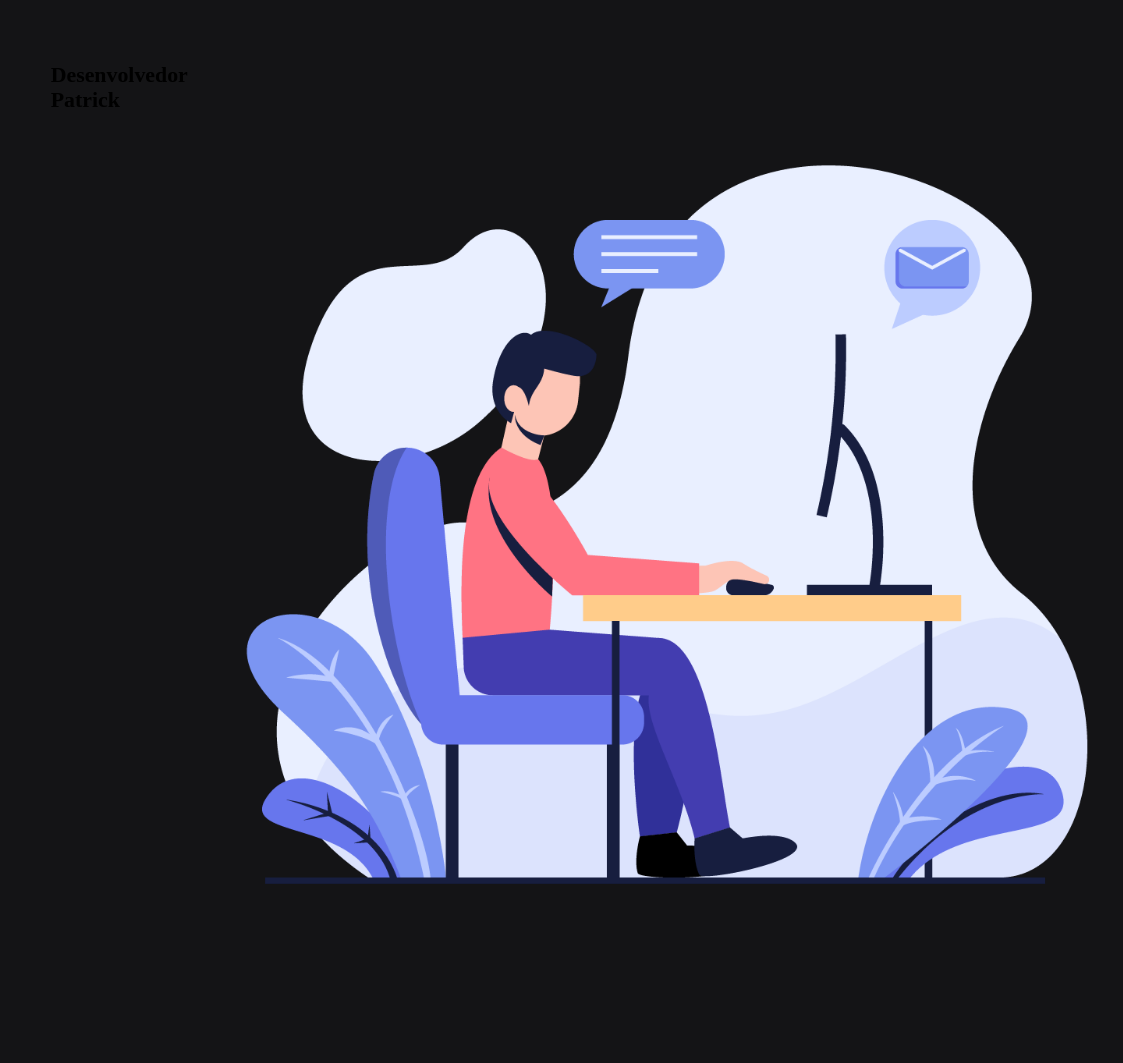
Repository: PatrickAlmeida007/aula1811
Page: index.html
An editor plug-in stored every save of this project. The page is shown before and after the next save, followed by the edit.
The browser window is 1280 px wide. The page is 1440 px wide, so the pictures cover 1440 px, including what lies to the right of the window. The pictures show the whole page, at 78% of full size.

Above is the page before, as saved 2023-11-18 14:50:11.

After the next save:
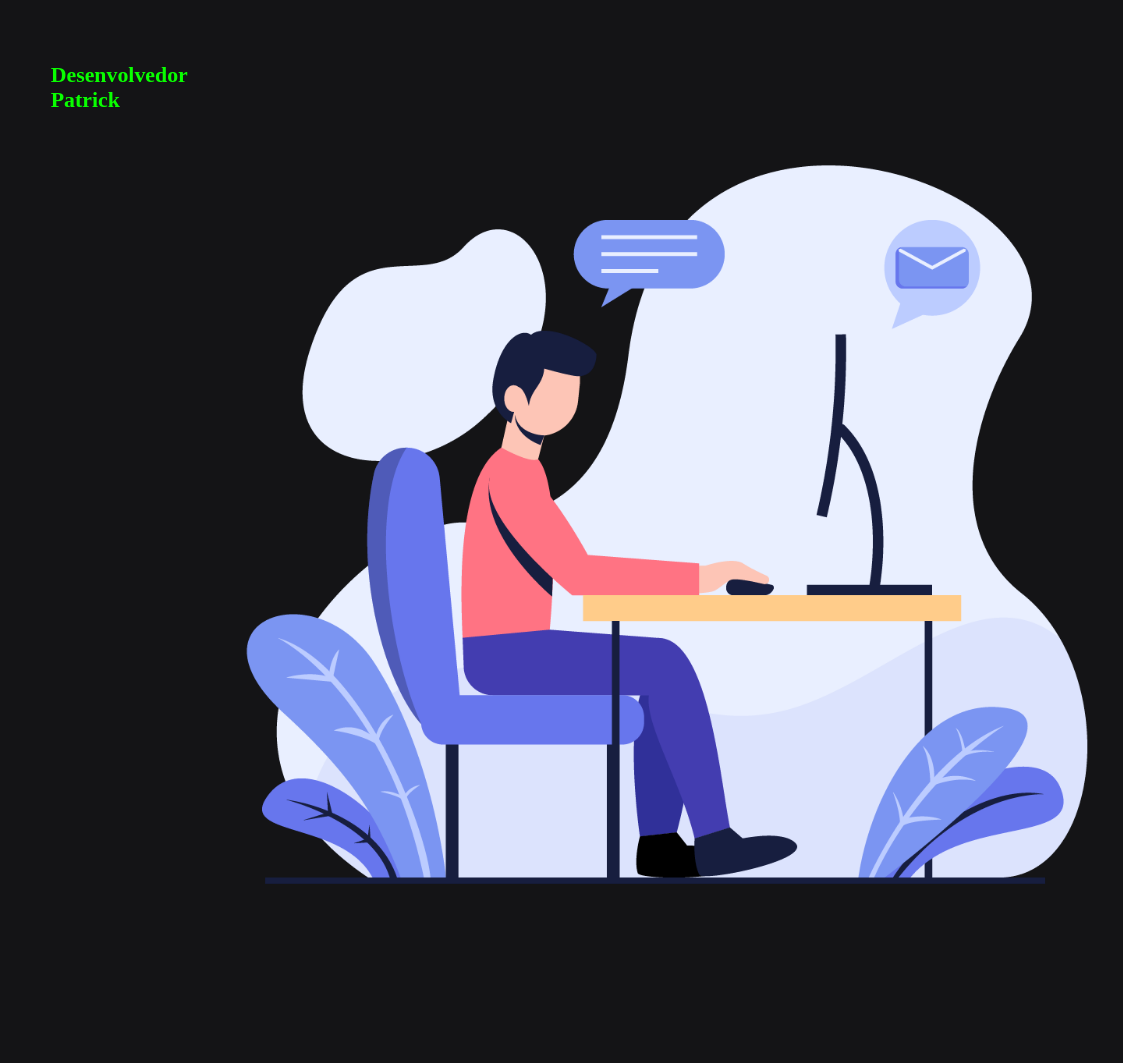
Saved 7 s later.
--- a/index.html
+++ b/index.html
@@ -12,7 +12,7 @@
             <div class="sobre">
 
                 <div class="sobre__conteudo">
-                    <h1 class="sobre__titulo sobre __titulo--verde">
+                    <h1 class="sobre__titulo sobre__titulo--verde">
                         Desenvolvedor Patrick
                     </h1>
                     </div>
